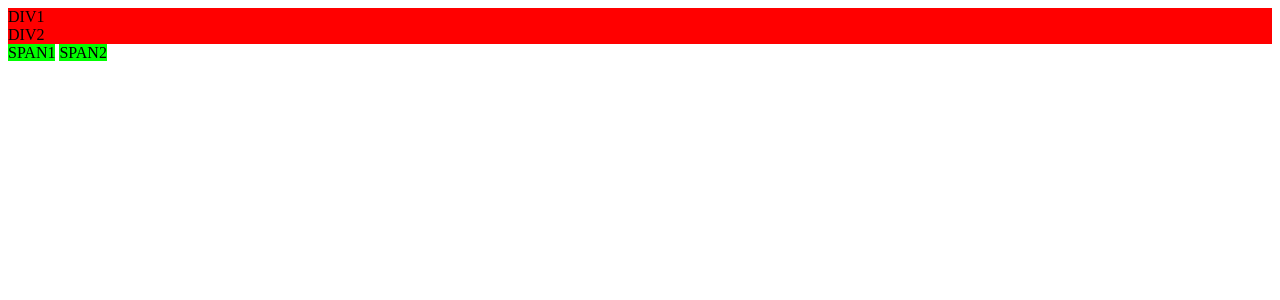
Repository: lixinso/html5
Page: workspace/CSS3/WebContent/box/box_box_shadow.html
The author's editor kept a copy of each file at every save. The page is drawn from the files as they stood at one save, then again after the next save.
The browser window is 1280 px wide. The pictures show the whole page.

Above is the page before, as saved 2011-05-28 01:16:20.

After the next save:
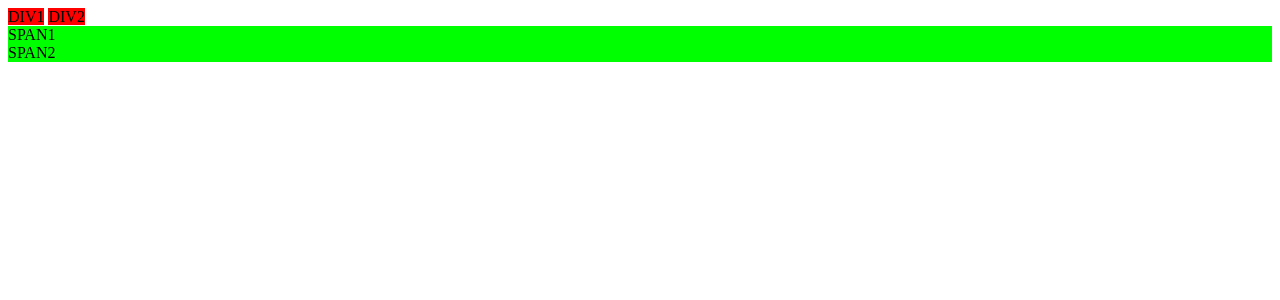
Saved 48 s later.
--- a/workspace/CSS3/WebContent/box/box_box_shadow.html
+++ b/workspace/CSS3/WebContent/box/box_box_shadow.html
@@ -9,10 +9,12 @@
 
 		div{
 			background-color: #FF0000;
+			display: inline;
 		}
 
 		span{
 			background-color: #00FF00;
+			display: block
 		}
 
 	</style>
